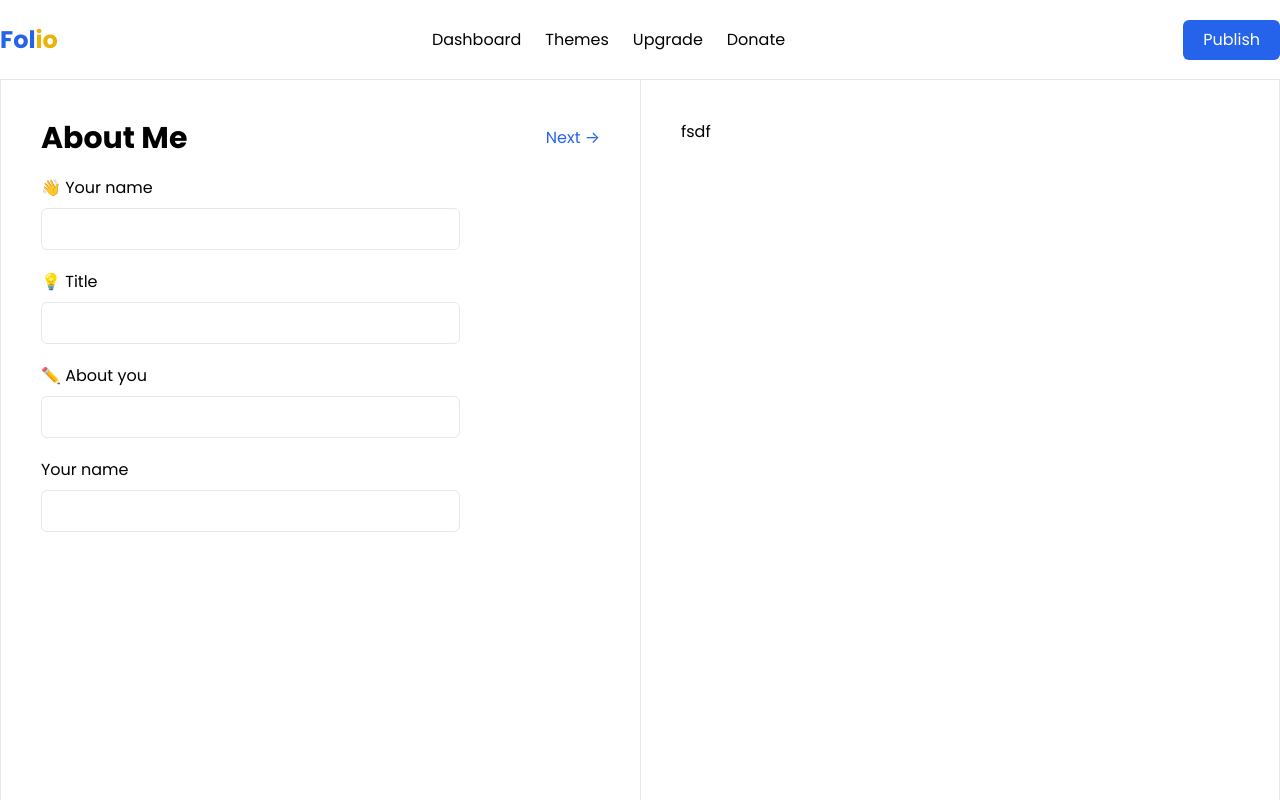
Repository: langford-dev/follio
Page: /
The author's editor kept a copy of each file at every save. The page is drawn from the files as they stood at one save, then again after the next save.
The browser window is 1280 px wide. The pictures show the whole page.
The project was rebuilt for these pictures with package versions that can differ from the ones it lists, and the page was loaded fresh each time. The framework's server and built-in components were replaced by stand-ins that run in the browser. Also part of the build but not shown: next.config.js.

Above is the page before, as saved 2022-03-19 11:06:54.

### pages/_app.js
import { AppProvider } from '../context/context'
import '../styles/globals.css'

function MyApp({ Component, pageProps }) {
  return <AppProvider>
    <Component {...pageProps} />
  </AppProvider>
}

export default MyApp

### pages/index.js
import EditView from '../components/body'
import Header from '../components/header'

export default function Home() {
  return <div>
    <Header />
    <EditView />
  </div>
}

### context/context.js
import { createContext, useEffect } from "react"

export const AppContext = createContext()

export const AppProvider = ({ children }) => {
    return <AppContext.Provider>
        {children}
    </AppContext.Provider>
}

### styles/globals.css
@import url('https://fonts.googleapis.com/css2?family=Poppins:wght@300;400;500;600;700;800&display=swap');

@tailwind base;
@tailwind components;
@tailwind utilities;


html,
body {
  /* background: #e2e8f013; */
  padding: 0;
  margin: 0;
}

a {
  color: inherit;
  text-decoration: none;
}

* {
  box-sizing: border-box;
  font-family: "Poppins", -apple-system, BlinkMacSystemFont, Segoe UI, Roboto, Oxygen,
    Ubuntu, Cantarell, Fira Sans, Droid Sans, Helvetica Neue, sans-serif;
}

### components/body.js
import { useState } from "react"

const styles = {
    pageView: `m-auto max-w-screen-xl h-screen pt-20`,
    title: `text-3xl font-bold`,
    flexView: `flex h-screen`,
    editingView: `w-1/2 p-10 border-l`,
    preview: `border-l w-1/2 p-10 border-r`,
    inputContainer: `flex flex-col mt-5`,
    input: `border p-2 outline-none mt-2 w-9/12 rounded-md`,
    label: ``,
    textButton: `text-blue-600 cursor-pointer`,
    pageTitleView: `flex items-center justify-between`,
}

const EditView = () => {
    const [viewCount, setViewCount] = useState(0)

    return <div className={styles.pageView}>
        <div className={styles.flexView}>
            <div className={styles.editingView}>
                <div className={styles.pageTitleView}>
                    <p className={styles.title}>About Me</p>
                    <p className={styles.textButton}>Next &rarr;</p>
                </div>
                <div className={styles.inputContainer}>
                    <label className={styles.label}>👋 Your name</label>
                    <input type="text" className={styles.input} />
                </div>
                <div className={styles.inputContainer}>
                    <label className={styles.label}>💡 Title</label>
                    <input type="text" className={styles.input} />
                </div>
                <div className={styles.inputContainer}>
                    <label className={styles.label}>✏️ About you</label>
                    <input type="text" className={styles.input} />
                </div>
                <div className={styles.inputContainer}>
                    <label className={styles.label}>Your name</label>
                    <input type="text" className={styles.input} />
                </div>
            </div>
            <div className={styles.preview}>fsdf</div>
        </div>
    </div>
}

export default EditView

### components/header.js
import Link from "next/link"
import Logo from "./logo"

const styles = {
    header: `border-b h-20 bg-white fixed w-screen top-0 left-0`,
    headerWrapper: `m-auto max-w-screen-xl h-full flex items-center justify-between`,
    button: `bg bg-blue-600 text-white h-10 px-5 flex items-center justify-center rounded-md cursor-pointer`,
    nav: `flex`,
    navLink: `mr-6 hover:text-blue-600 cursor-pointer`,
}

const Header = () => {
    return <header className={styles.header}>
        <div className={styles.headerWrapper}>
            <Logo />
            <nav className={styles.nav}>
                <Link passHref={true} href="/"><p className={styles.navLink}>Dashboard</p></Link>
                <Link passHref={true} href="/"><p className={styles.navLink}>Themes</p></Link>
                <Link passHref={true} href="/"><p className={styles.navLink}>Upgrade</p></Link>
                <Link passHref={true} href="/"><p className={styles.navLink}>Donate</p></Link>
            </nav>
            <div className="flex items-center">
                <div className={styles.button}>Publish</div>
            </div>
        </div>
    </header>
}

export default Header

### components/logo.js
const Logo = () => {
    return <p className="font-bold text-2xl text-blue-600">Fol<span className="text-yellow-500">io</span></p>
}

export default Logo

Loaded but not shown: tailwind.config.js (common file)

After the next save:
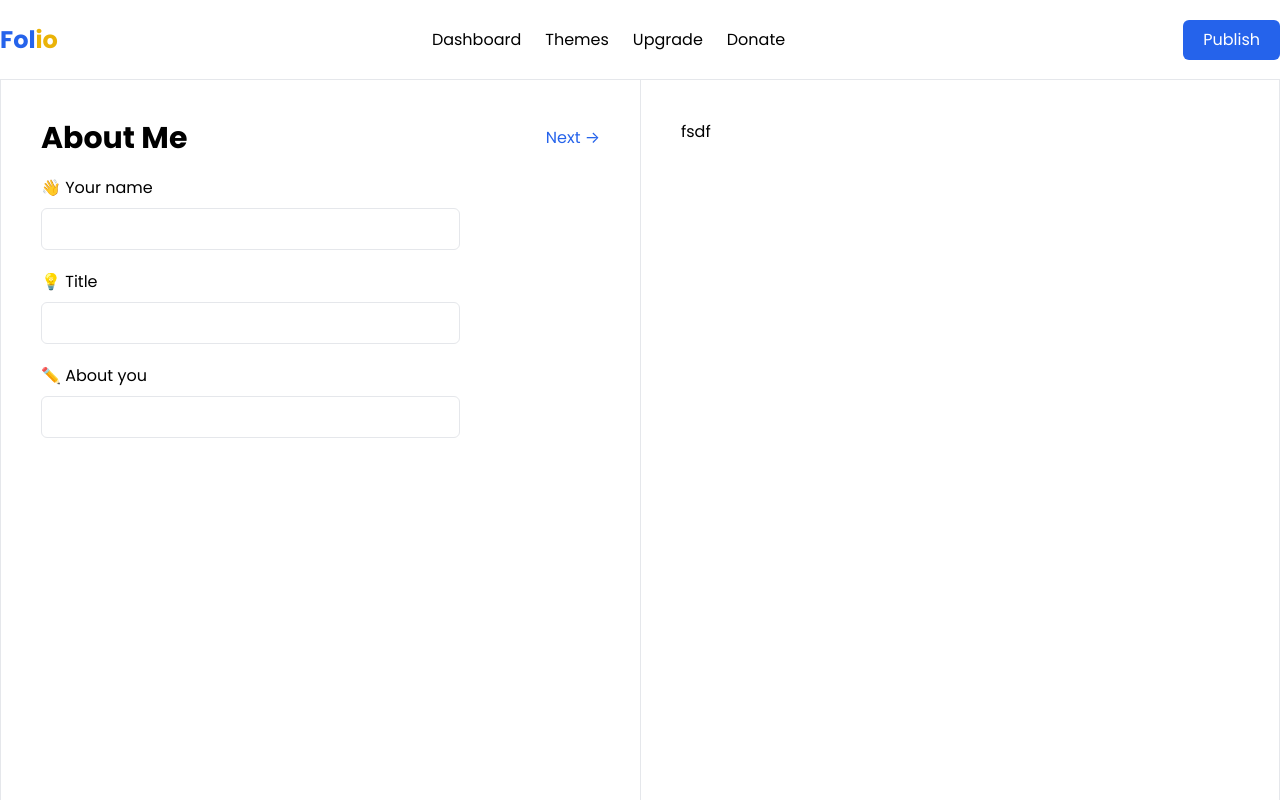
Saved 19 s later.
--- a/components/body.js
+++ b/components/body.js
@@ -35,10 +35,6 @@ const EditView = () => {
                     <label className={styles.label}>✏️ About you</label>
                     <input type="text" className={styles.input} />
                 </div>
-                <div className={styles.inputContainer}>
-                    <label className={styles.label}>Your name</label>
-                    <input type="text" className={styles.input} />
-                </div>
             </div>
             <div className={styles.preview}>fsdf</div>
         </div>
